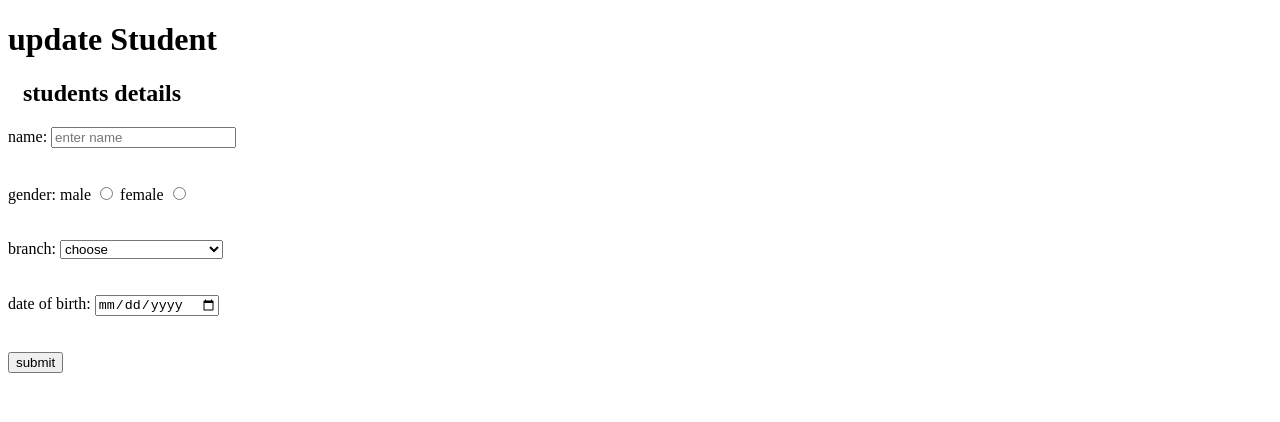
Repository: netravatih-paycorp/Assignments
Page: http://localhost/SpringMvc/update.jsp
An editor plug-in stored every save of this project. The page is shown before and after the next save, followed by the edit.
The browser window is 1280 px wide. The pictures show the whole page.
The page is served by Tomcat 10.

Above is the page before, as saved 2023-07-21 05:01:09.

After the next save:
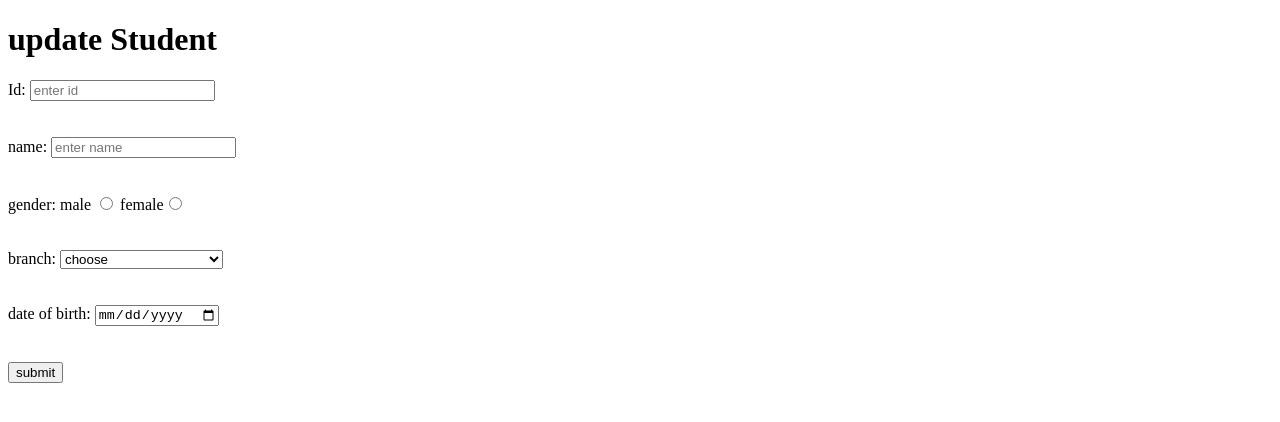
Saved 2 min 35 s later.
--- a/SpringMvc/src/main/webapp/update.jsp
+++ b/SpringMvc/src/main/webapp/update.jsp
@@ -9,8 +9,12 @@
 <body>
      <h1>update Student</h1>
      <div>
-    <form action="update" method="post" >
-                 <h2 style="margin-left:15px;"> students details</h2>
+
+    <form action="update" method="post">
+	<label>Id:</label>
+    <input type="text" name="id" placeholder="enter id">
+		<br>
+		<br><br>
 
 	<label>name:</label>
     <input type="text" name="name" placeholder="enter name">
@@ -19,7 +23,7 @@
 
 		<label>gender:</label>
 		<label>male</label>	<input type="radio" name="gender" value="male">
-		<label>female</label>	<input type="radio" name="gender" value="female">
+		<label>female</label><input type="radio" name="gender" value="female">
 		 <br>
 		 <br><br>
 
